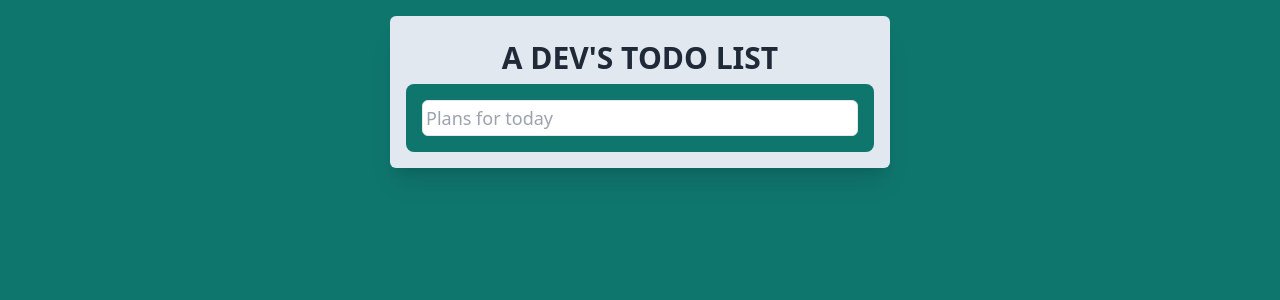
Repository: DevAntonioRogers/React-Todo-CRUD-App
Page: /
These files come from the project's save history. The page is drawn as it stood at one moment and after the next save; the edit follows.
The browser window is 1280 px wide. The pictures show the whole page.
The project was rebuilt for these pictures with package versions that can differ from the ones it lists, and the page was loaded fresh each time. Also part of the build but not shown: vite.config.ts.

Above is the page before, as saved 2023-05-14 01:26:50.

### src/App.tsx
import Form from "./components/Form";

const App = () => {
  return (
    <div className="h-screen w-screen p-4 bg-teal-700">
      <div className="bg-slate-200 max-w-[500px] w-full m-auto rounded-md shadow-xl p-4">
        <h1 className="text-3xl font-bold text-center text-gray-800 p-2">A DEV'S TODO LIST</h1>
        <Form />
      </div>
    </div>
  );
};

export default App;

### src/components/Form.tsx
const Form = () => {
  return (
    <form className="flex justify-between bg-teal-700 p-4 rounded-lg">
      <input className="border w-full text-lg rounded-md p-[3px]" type="text" placeholder="Plans for today" />
      <button></button>
    </form>
  );
};

export default Form;

Loaded but not shown: index.html (common file); src/main.tsx (common file); src/index.css (common file); tailwind.config.js (common file)

After the next save:
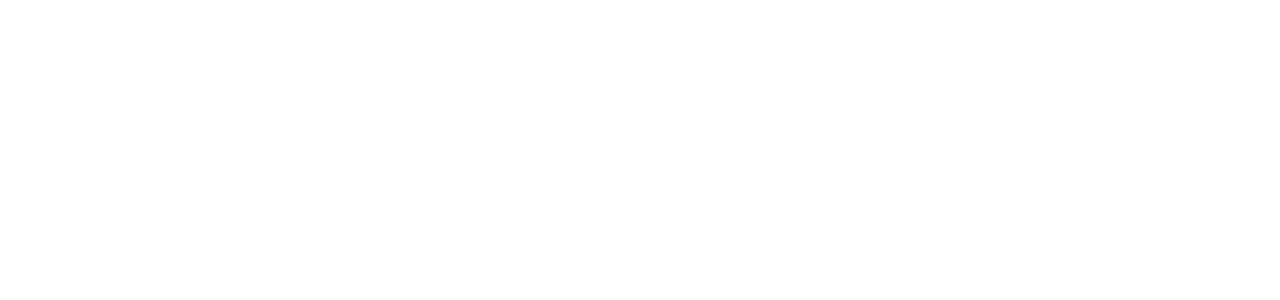
Console error: ReferenceError: IoAddOutline is not defined
Saved 97 s later.
--- a/src/components/Form.tsx
+++ b/src/components/Form.tsx
@@ -2,7 +2,9 @@
   return (
     <form className="flex justify-between bg-teal-700 p-4 rounded-lg">
       <input className="border w-full text-lg rounded-md p-[3px]" type="text" placeholder="Plans for today" />
-      <button></button>
+      <button>
+        <IoAddOutline />
+      </button>
     </form>
   );
 };

After the 3 saves that followed:
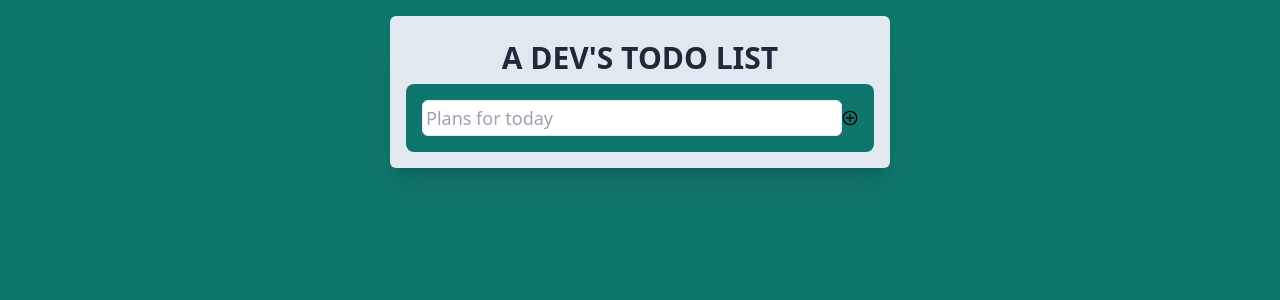
The error is gone.
The 3 saves are shown as one change because 2 left the picture as it was.
The last was saved 3 min 40 s later.
--- a/src/components/Form.tsx
+++ b/src/components/Form.tsx
@@ -1,9 +1,11 @@
+import { GrAddCircle } from "react-icons/gr";
+
 const Form = () => {
   return (
     <form className="flex justify-between bg-teal-700 p-4 rounded-lg">
       <input className="border w-full text-lg rounded-md p-[3px]" type="text" placeholder="Plans for today" />
       <button>
-        <IoAddOutline />
+        <GrAddCircle />
       </button>
     </form>
   );
